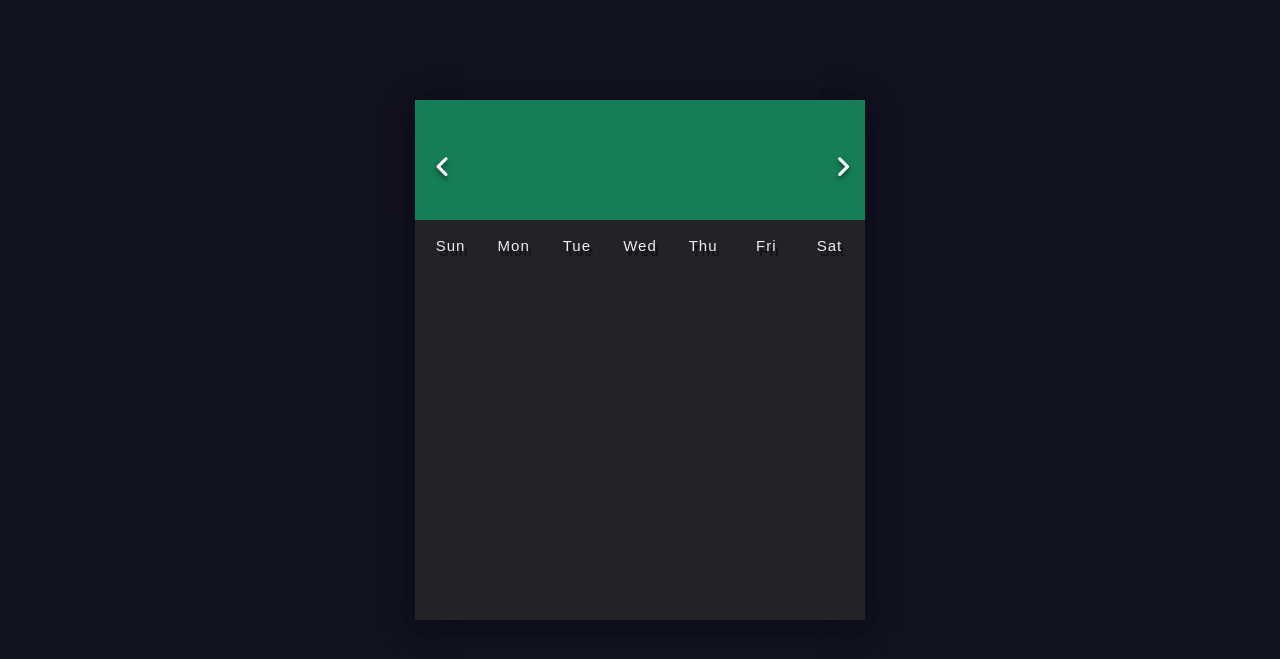
Repository: dboinska/calendar
Page: index.html
The author's editor kept a copy of each file at every save. The page is drawn from the files as they stood at one save, then again after the next save.
The browser window is 1280 px wide. The pictures show the whole page.
Some web libraries are served in a nearby version.

Above is the page before, as saved 2021-09-06 05:56:40.
Console error: SyntaxError: Unexpected token '}'

### index.html
<!DOCTYPE html>
<html lang="en">
  <head>
    <meta charset="UTF-8" />
    <meta http-equiv="X-UA-Compatible" content="IE=edge" />
    <meta name="viewport" content="width=device-width, initial-scale=1.0" />
    <title>Calendar</title>
    <script
      src="https://kit.fontawesome.com/5567926149.js"
      crossorigin="anonymous"
    ></script>
    <link rel="stylesheet" href="style.css" />
  </head>
  <body>
    <div class="container">
      <div class="calendar">
        <div class="month">
          <i class="fas fa-angle-left prev"></i>
          <div class="date">
            <h1></h1>
            <p></p>
          </div>
          <i class="fas fa-angle-right next"></i>
        </div>
        <div class="weekdays">
          <div>Sun</div>
          <div>Mon</div>
          <div>Tue</div>
          <div>Wed</div>
          <div>Thu</div>
          <div>Fri</div>
          <div>Sat</div>
        </div>
        <div class="days"></div>
      </div>
    </div>
    <script src="script.js"></script>
  </body>
</html>

### style.css
* {
  margin: 0;
  padding: 0;
  box-sizing: border-box;
  font-family: "Quicksand", sans-serif;
}

html {
  font-size: 62.5%;
}

.container {
  width: 100%;
  height: 100vh;
  background-color: #12121f;
  color: #eee;
  display: flex;
  justify-content: center;
  align-items: center;
}

.calendar {
  width: 45rem;
  height: 52rem;
  background-color: #222227;
  box-shadow: 0 0.5rem 3rem rgba(0, 0, 0, 0.4);
}

.fas {
  height: 10px;
  width: 10px;
  color: white;
}

.month {
  width: 100%;
  height: 12rem;
  background-color: #167e56;
  display: flex;
  justify-content: space-between;
  align-items: center;
  padding: 0 2rem;
  text-align: center;
  text-shadow: 0 0.3rem 0.5rem rgba(0, 0, 0, 0.5);
}

.month i {
  font-size: 2.5rem;
  cursor: pointer;
}

.month h1 {
  font-size: 3rem;
  font-weight: 400;
  text-transform: uppercase;
  letter-spacing: 0.2rem;
  margin-bottom: 1rem;
}

.month p {
  font-size: 1.6rem;
}

.weekdays {
  width: 100%;
  height: 5rem;
  padding: 0 0.4rem;
  display: flex;
  align-items: center;
}

.weekdays div {
  font-size: 1.5rem;
  font-weight: 400;
  letter-spacing: 0.1rem;
  width: calc(44.2rem / 7);
  display: flex;
  justify-content: center;
  align-items: center;
  text-shadow: 0.3rem 0.5rem rgba(0, 0, 0, 0.5);
}

.days {
  width: 100%;
  display: flex;
  flex-wrap: wrap;
  padding: 0.2rem;
}

.days div {
  font-size: 1.4rem;
  margin: 0.3rem;
  width: calc(40.3rem / 7);
  height: 5rem;
  display: flex;
  justify-content: center;
  align-items: center;
  text-shadow: 0 0.3rem 0.5rem rgba(0, 0, 0, 0.5);
  transition: background-color 0.2s;
}

.days div:hover:not(.today) {
  background-color: #262626;
  border: 2rem solid #777;
  cursor: pointer;
}

.prev-date,
.next-date {
  opacity: 0.5;
}

.today {
  background-color: #167e56;
}

### script.js
const date = new Date();
date.setDate(1);
console.log(date.getDay());
// const month = date.getMonth();
// console.log(month);
const monthDays = document.querySelector(".days");
const lastDay = new Date(date.getFullYear(), date.getMonth() + 1, 0).getDate();
const firstDayIndex = date.getDay();
console.log(lastDay);
const months = [
  "January",
  "February",
  "March",
  "April",
  "May",
  "June",
  "July",
  "August",
  "September",
  "October",
  "November",
  "December",
];

document.querySelector(".date h1").innerHTML = months[date.getMonth()];

document.querySelector(".date p").innerHTML = date.toDateString();

let days = "";

for (let x = firstDayIndex; x > 0; x--) {
  days += `<div class="prev-date>${}</div>`;
}
for (let i = 1; i <= lastDay; i++) {
  days += `<div>${i}</div>`;
  monthDays.innerHTML = days;
}

After the next save:
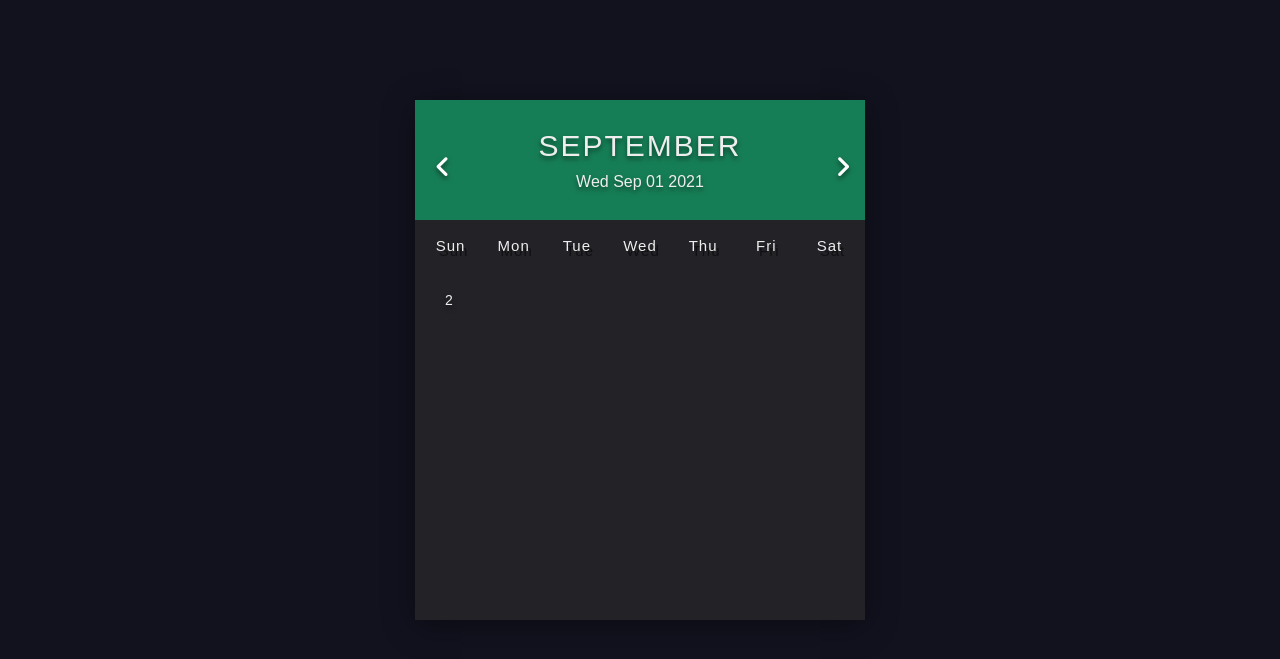
The error is gone.
Saved 57 s later.
--- a/script.js
+++ b/script.js
@@ -29,7 +29,7 @@ document.querySelector(".date p").innerHTML = date.toDateString();
 let days = "";
 
 for (let x = firstDayIndex; x > 0; x--) {
-  days += `<div class="prev-date>${}</div>`;
+  days += `<div class="prev-date>${x}</div>`;
 }
 for (let i = 1; i <= lastDay; i++) {
   days += `<div>${i}</div>`;
